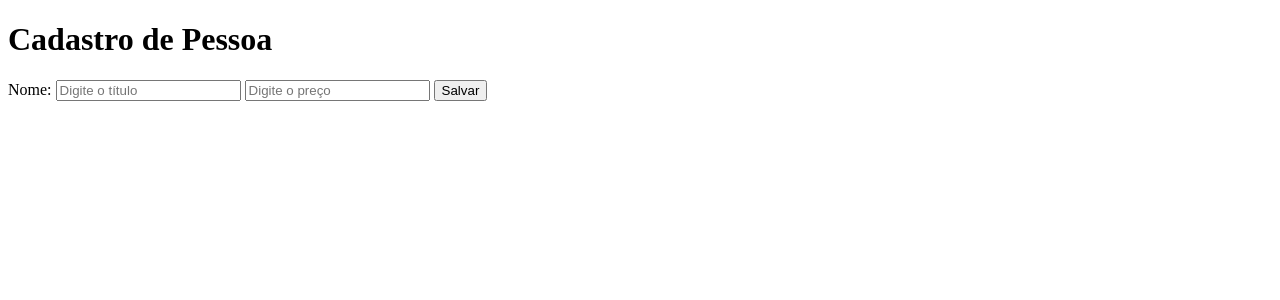
Repository: R-romero/digital-business2M
Page: http://localhost/02-SpringMVC/pessoa/cadastrar
These files come from the project's save history. The page is drawn as it stood at one moment and after the next save; the edit follows.
The browser window is 1280 px wide. The pictures show the whole page.
The page is served by Tomcat 9.

Above is the page before, as saved 2017-08-18 23:26:11.

After the next save:
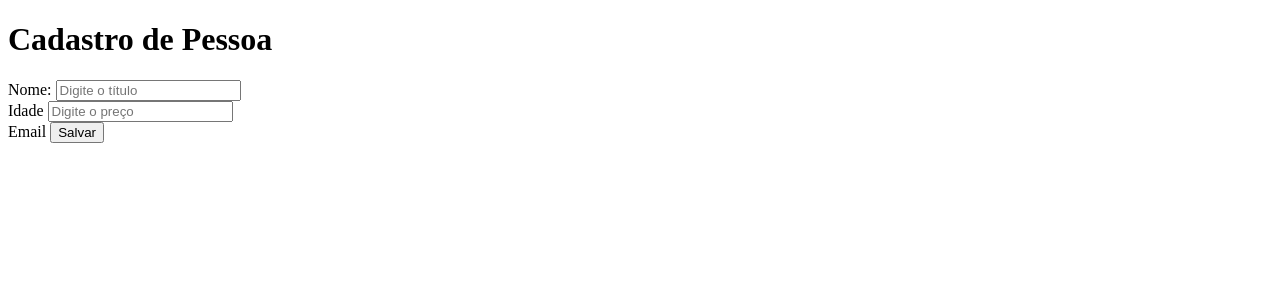
Saved 52 s later.
--- a/02-SpringMVC/WebContent/WEB-INF/jsp/pessoa/cadastro.jsp
+++ b/02-SpringMVC/WebContent/WEB-INF/jsp/pessoa/cadastro.jsp
@@ -9,10 +9,17 @@
 <body>
 	<h1>Cadastro de Pessoa</h1>
 	<form action="cadastrar" method="post">
-		<label>Nome:</label>
-		<input type="text" name="Nome" placeholder="Digite o título">
-		<input type="text" name="preco" placeholder="Digite o preço">
-		<input type="submit" value="Salvar">
+		<div><label>Nome:</label>
+			<input type="text" name="Nome" placeholder="Digite o título">
+		</div>
+		<div>
+		<label>Idade</label>
+			<input type="text" name="preco" placeholder="Digite o preço">
+		</div>
+		<div>
+		<label>Email</label>
+			<input type="submit" value="Salvar">
+		</div>
 	</form>
 </body>
 </html>
